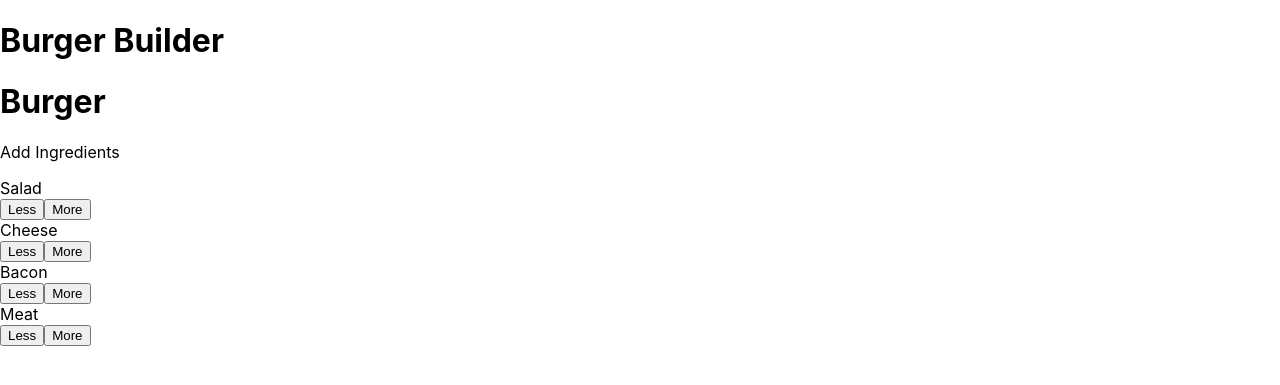
Repository: uditjain100/BurgerBuilder
Page: /
An editor plug-in stored every save of this project. The page is shown before and after the next save, followed by the edit.
The browser window is 1280 px wide. The pictures show the whole page.
The project was rebuilt for these pictures with package versions that can differ from the ones it lists, and the page was loaded fresh each time. Also part of the build but not shown: src/components/Layouts/Layout.css, src/App.css, src/components/Burger/Burger.css, src/components/Burger/BurgerIngredient/BurgerIngredient.css, src/components/Burger/BuildControls/BuildControls.css, src/components/Burger/BuildControls/BuildControl/BuildControl.css.

Above is the page before, as saved 2021-03-16 17:11:53.

### src/App.js
import React, { Component } from "react";
import Layout from "./components/Layouts/Layout";
import "./App.css";
import BurgerBuilder from "./containers/BurgerBuilder/BurgerBuilder";

class App extends Component {
  render() {
    return (
      <Layout>
        <BurgerBuilder />
      </Layout>
    );
  }
}

export default App;

### src/components/Layouts/Layout.js
import React, { Component } from "react";
import Aux from "../../hoe/Auxillary";
import classes from "./Layout.css";

class Layout extends Component {
  render() {
    return (
      <Aux className={classes.Content}>
        <h1>Burger Builder</h1>
        <main> {this.props.children} </main>
      </Aux>
    );
  }
}

export default Layout;

### src/containers/BurgerBuilder/BurgerBuilder.js
import React, { Component } from "react";
import Aux from "../../hoe/Auxillary";
import Burger from "../../components/Burger/Burger";
import BuildControls from "../../components/Burger/BuildControls/BuildControls";

const INGREDIENTS_PRICE = {
  salad: 0.5,
  meat: 1.3,
  bacon: 0.7,
  cheese: 0.4,
};
class BurgerBuilder extends Component {
  constructor(props) {
    super(props);
    this.state = {
      ingredients: {
        salad: 0,
        meat: 0,
        bacon: 0,
        cheese: 0,
      },
      totalPrice: 4,
    };
  }

  addIngredientsHandler = (type) => {
    const upadtedCount = this.state.ingredients[type] + 1;
    const upadtedIngredients = { ...this.state.ingredients };
    upadtedIngredients[type] = upadtedCount;
    const newPrice = this.state.totalPrice + INGREDIENTS_PRICE[type];
    this.setState({ ingredients: upadtedIngredients, totalPrice: newPrice });
  };
  removeIngredientsHandler = (type) => {
    let upadtedCount = this.state.ingredients[type];
    if (upadtedCount > 0) upadtedCount--;
    const upadtedIngredients = { ...this.state.ingredients };
    upadtedIngredients[type] = upadtedCount;
    const newPrice = this.state.totalPrice - INGREDIENTS_PRICE[type];
    this.setState({ ingredients: upadtedIngredients, totalPrice: newPrice });
    console.log(this.state);
  };

  render() {
    const disabledInfo = { ...this.state.ingredients };
    for (let key in disabledInfo) disabledInfo[key] = disabledInfo[key] <= 0;
    return (
      <Aux>
        <h1>Burger</h1>
        <Burger ingredients={this.state.ingredients} />
        <BuildControls
          ingredientsremoved={this.removeIngredientsHandler}
          ingredientsadded={this.addIngredientsHandler}
          disabled={disabledInfo}
        />
      </Aux>
    );
  }
}

export default BurgerBuilder;

### src/hoe/Auxillary.js
const auxillary = (props) => props.children;

export default auxillary;

### src/components/Burger/Burger.js
import classes from "./Burger.css";
import React from "react";
import BurgerIngredient from "./BurgerIngredient/BurgerIngredient";

const Burger = (props) => {
  let transformedIngredients = Object.keys(props.ingredients)
    .map((igkey) => {
      return [...Array(props.ingredients[igkey])].map((_, i) => {
        return <BurgerIngredient key={igkey + i} type={igkey} />;
      });
    })
    .reduce((arr, el) => {
      return arr.concat(el);
    }, []);

  if (transformedIngredients.length === 0)
    transformedIngredients = <p>Add Ingredients</p>;

  return (
    <div className={classes.Burger}>
      <BurgerIngredient type="bread-top" />
      {transformedIngredients}
      <BurgerIngredient type="bread-bottom" />
    </div>
  );
};
export default Burger;

### src/components/Burger/BuildControls/BuildControls.js
import React from "react";
import classes from "./BuildControls.css";
import BuildControl from "./BuildControl/BuildControl";

const controls = [
  { label: "Salad", type: "salad" },
  { label: "Cheese", type: "cheese" },
  { label: "Bacon", type: "bacon" },
  { label: "Meat", type: "meat" },
];

const BuildControls = (props) => {
  return (
    <div className={classes.BuildControls}>
      {controls.map((ctrl) => {
        return (
          <BuildControl
            key={ctrl.label}
            label={ctrl.label}
            added={() => props.ingredientsadded(ctrl.type)}
            removed={() => props.ingredientsremoved(ctrl.type)}
            disabled={props.disabled}
          />
        );
      })}
    </div>
  );
};

export default BuildControls;

### src/components/Burger/BurgerIngredient/BurgerIngredient.js
import React, { Component } from "react";
import classes from "./BurgerIngredient.css";
import PropTypes from "prop-types";

class BurgerIngredients extends Component {
  render() {
    let ingredients = null;

    switch (this.props.type) {
      case "bread-bottom":
        ingredients = <div className={classes.BreadBottom}></div>;
        break;
      case "bread-top":
        ingredients = (
          <div className={classes.BreadTop}>
            <div className={classes.Seed1}></div>
            <div className={classes.Seed2}></div>
          </div>
        );
        break;
      case "meat":
        ingredients = <div className={classes.Meat}></div>;
        break;
      case "cheese":
        ingredients = <div className={classes.Cheese}></div>;
        break;
      case "bacon":
        ingredients = <div className={classes.Bacon}></div>;
        break;
      case "salad":
        ingredients = <div className={classes.Salad}></div>;
        break;
      default:
        ingredients = null;
    }
    return ingredients;
  }
}

BurgerIngredients.propTypes = {
  type: PropTypes.string.isRequired,
};

export default BurgerIngredients;

### src/components/Burger/BuildControls/BuildControl/BuildControl.js
import React from "react";
import classes from "./BuildControl.css";

const BuildControl = (props) => {
  return (
    <div className={classes.BuildControl}>
      <div className={classes.label}> {props.label} </div>
      <button className={classes.Less} onClick={props.removed}>
        Less
      </button>
      <button className={classes.More} onClick={props.added}>
        More
      </button>
    </div>
  );
};

export default BuildControl;

Loaded but not shown: public/index.html (common file); src/index.js (common file); src/index.css (common file); src/reportWebVitals.js (common file)

After the next save:
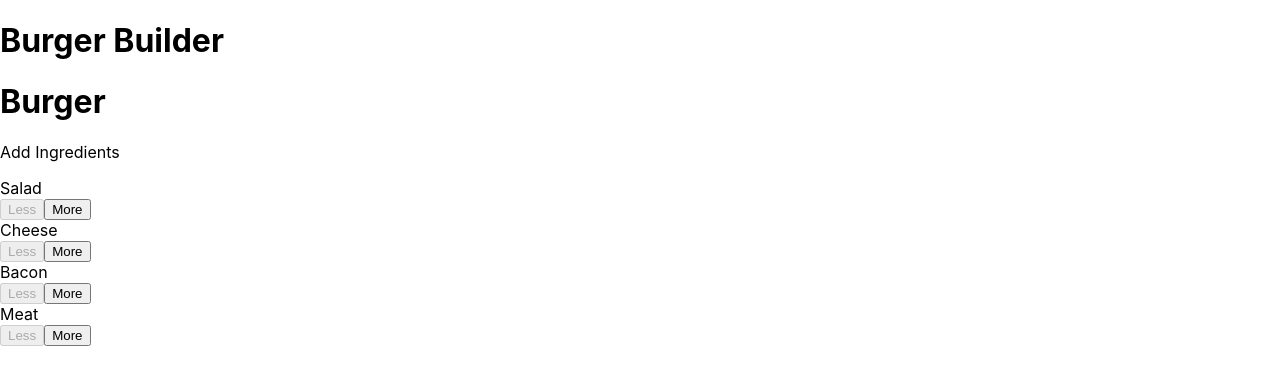
Saved 26 s later.
--- a/src/components/Burger/BuildControls/BuildControl/BuildControl.js
+++ b/src/components/Burger/BuildControls/BuildControl/BuildControl.js
@@ -5,7 +5,11 @@
   return (
     <div className={classes.BuildControl}>
       <div className={classes.label}> {props.label} </div>
-      <button className={classes.Less} onClick={props.removed}>
+      <button
+        disabled={props.disabled}
+        className={classes.Less}
+        onClick={props.removed}
+      >
         Less
       </button>
       <button className={classes.More} onClick={props.added}>
